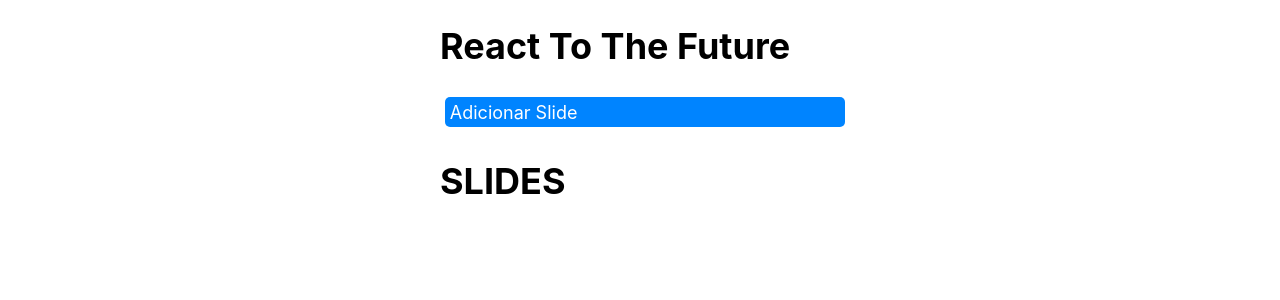
Repository: gotomarcelo/MERN
Page: / (app in cliente/)
These files come from the project's save history. The page is drawn as it stood at one moment and after the next save; the edit follows.
The browser window is 1280 px wide. The pictures show the whole page.
The page's requests for data from a server got no answer. The project was rebuilt for these pictures with package versions that can differ from the ones it lists, and the page was loaded fresh each time. No one was signed in, and anything a server would have sent is missing.

Above is the page before, as saved 2022-01-03 11:09:30.

After the next save:
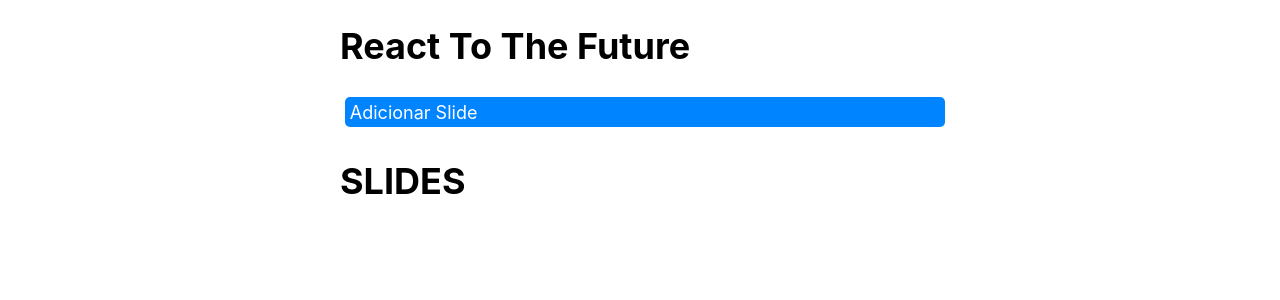
Saved 35 s later.
--- a/cliente/src/App.css
+++ b/cliente/src/App.css
@@ -15,7 +15,7 @@ input, button {
 }
 
 body {
-  max-width: 400px;
+  max-width: 600px;
   font-family: gotham, arial, helvetica, sans-serif;
   font-size: 18px;
   padding: 0;
